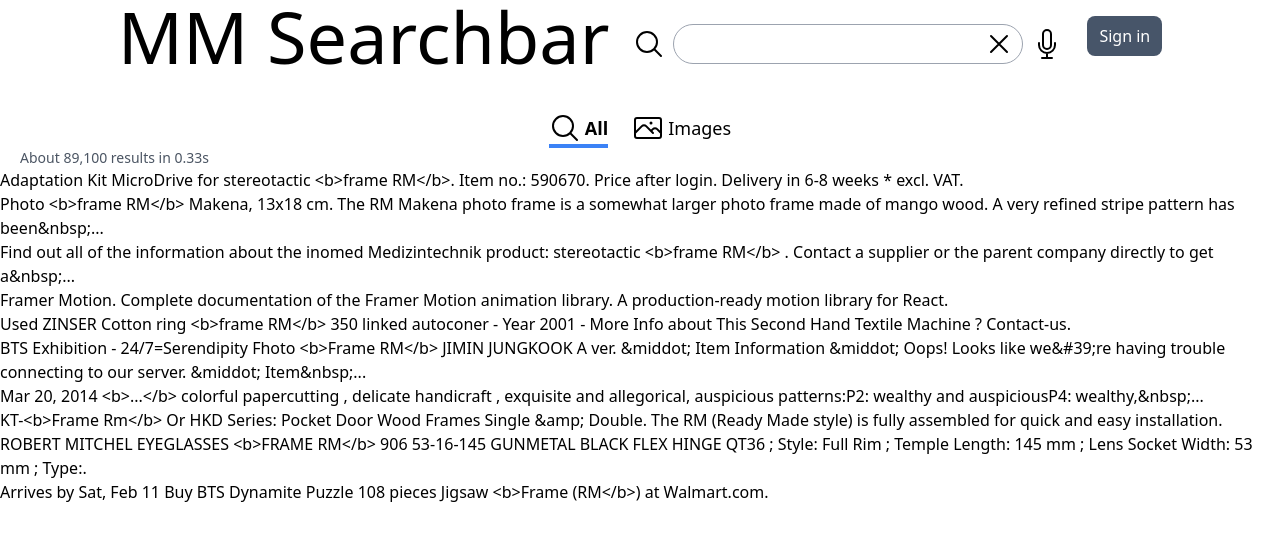
Repository: michalmilek/minigoogle
Page: /search
The author's editor kept a copy of each file at every save. The page is drawn from the files as they stood at one save, then again after the next save.
The browser window is 1280 px wide. The pictures show the whole page.
The page's requests for data from a server got no answer. The project was rebuilt for these pictures with package versions that can differ from the ones it lists, and the page was loaded fresh each time. The framework's server and built-in components were replaced by stand-ins that run in the browser. No one was signed in, and anything a server would have sent is missing. Also part of the build but not shown: next.config.js, Response.ts.

Above is the page before, as saved 2023-02-14 01:40:49.

### pages/_app.tsx
import '@/styles/globals.css'
import type { AppProps } from 'next/app'
import { SessionProvider } from "next-auth/react";

export default function App({ Component, pageProps }: AppProps) {
  return (
    <SessionProvider
      // Provider options are not required but can be useful in situations where
      // you have a short session maxAge time. Shown here with default values.
      session={pageProps.session}>
      <Component {...pageProps} />
    </SessionProvider>
  );
}

### pages/search.tsx
import SearchHeader from "@/components/SearchHeader";
import Head from "next/head";
import React from "react";
import SearchOptions from "@/components/SearchOptions";
import { GetServerSideProps } from "next";
import Response from "@/Response";
import SearchResults from "@/components/SearchResults";
import { useRouter } from "next/router";

const search = ({ results }: any) => {
  console.log(results);
  const router = useRouter();
  return (
    <div className="flex flex-col">
      <Head>
        <title>Search page</title>
        <meta
          name="description"
          content="Generated by create next app"
        />
        <meta
          name="viewport"
          content="width=device-width, initial-scale=1"
        />
        <link
          rel="icon"
          href="/favicon.ico"
        />
      </Head>

      <SearchHeader />
      <SearchOptions />
      <SearchResults results={results} />
    </div>
  );
};

export default search;

export async function getServerSideProps(ctx: any) {
  const mockData = true;
  const data = mockData
    ? Response
    : await fetch(
        `https://www.googleapis.com/customsearch/v1?key=${
          process.env.NEXT_PUBLIC_GOOGLE_API_KEY
        }&cx=${process.env.NEXT_PUBLIC_CONTEXT_KEY}&q=${ctx.query.term}${
          ctx.query.searchType === "image" ? "&searchType=image" : ""
        }`
      ).then((response) => response.json());

  return {
    props: {
      results: data,
    },
  };
}

### components/SearchHeader.tsx
import React, { FormEvent, useRef } from "react";
import {
  MagnifyingGlassIcon,
  MicrophoneIcon,
  XMarkIcon,
} from "@heroicons/react/24/outline";
import { useRouter } from "next/router";
import User from "./User";

const SearchHeader = () => {
  const router = useRouter();
  const inputSearchRef = useRef<HTMLInputElement>(null);

  const clearInput = () => {
    inputSearchRef.current!.value = "";
  };

  const search = (e: FormEvent) => {
    e.preventDefault();
    const term = inputSearchRef.current?.value;
    if (!term?.trim()) return;
    router.push(`/search?term=${term.trim()}&searchType=`);
  };

  return (
    <header className="sticky top-0 left-0 bg-white flex flex-row py-auto items-center justify-center gap-6 px-2 md:px-0">
      <h1 className="text-3xl lg:text-7xl">MM Searchbar</h1>
      <form
        onSubmit={search}
        className="flex items-center justify-center mt-4">
        <div className="flex flex-grow flex-shrink gap-2 items-center justify-center">
          <button type="submit">
            <MagnifyingGlassIcon className="h-8 cursor-pointer" />
          </button>
          <div className="relative flex justify-center items-center w-[90%] md:w-[350px]">
            <input
              type="text"
              defaultValue={router.query.term}
              ref={inputSearchRef}
              className="border transition-all outline-none ring-0 focus:drop-shadow-2xl  text-base w-[100%] h-[100%] px-4 py-2 border-gray-400 rounded-full"
            />
            <XMarkIcon
              onClick={() => clearInput()}
              className="cursor-pointer h-8 absolute top-[50%] right-2 translate-y-[-50%]"
            />
          </div>
          <MicrophoneIcon className="h-8 cursor-pointer" />
        </div>
      </form>
      <User />
    </header>
  );
};

export default SearchHeader;

### components/SearchOptions.tsx
import React, { useState } from "react";
import SearchOption from "./SearchOption";
import { MagnifyingGlassIcon, PhotoIcon } from "@heroicons/react/24/outline";
import { useRouter } from "next/router";

const SearchOptions = () => {
  const router = useRouter();
  const [selected, setSelected] = useState("All");
  return (
    <div className="flex gap-6 select-none w-full justify-center mt-10">
      <SearchOption
        title="All"
        Icon={MagnifyingGlassIcon}
        selected={selected}
        setSelected={setSelected}
      />
      <SearchOption
        title="Images"
        Icon={PhotoIcon}
        selected={selected}
        setSelected={setSelected}
      />
    </div>
  );
};

export default SearchOptions;

### components/SearchResults.tsx
import React from "react";

const SearchResults = ({ results }: any) => {
  return (
    <div className="w-screen">
      <p className="text-gray-600 text-sm pl-5">
        About {results.searchInformation.formattedTotalResults} results in{" "}
        {results.searchInformation.formattedSearchTime}s
      </p>
      {results.items.map((result): any => (
        <div key={result.link}>
          <p>{result.htmlSnippet}</p>
        </div>
      ))}
    </div>
  );
};

export default SearchResults;

### components/User.tsx
import React from "react";
import { useSession, signIn, signOut } from "next-auth/react";

const User = () => {
  const { data: session } = useSession();
  return (
    <>
      {session ? (
        <img
          onClick={() => signOut()}
          src={session.user?.image!}
          alt={session.user?.name!}
          className="h-[50px] w-[50px] object-cover rounded-full"
        />
      ) : (
        <button
          className="bg-slate-600 text-white px-3 py-2 rounded-lg"
          onClick={() => signIn()}>
          Sign in
        </button>
      )}
    </>
  );
};

export default User;

### components/SearchOption.tsx
import { type } from "os";
import React, {
  Dispatch,
  ForwardRefExoticComponent,
  SetStateAction,
  SVGProps,
  useRef,
} from "react";
import { MagnifyingGlassIcon, PhotoIcon } from "@heroicons/react/24/outline";
import { useRouter } from "next/router";

type props = {
  title: string;
  Icon: React.ForwardRefExoticComponent<
    React.SVGProps<SVGSVGElement> & {
      title?: string | undefined;
      titleId?: string | undefined;
    }
  >;
  selected: string;
  setSelected: Dispatch<SetStateAction<string>>;
};

const SearchOption = ({ title, Icon, selected, setSelected }: props) => {
  const router = useRouter();
  const divRef = useRef<HTMLDivElement>(null);

  const selectTab = (title: any) => {
    if (title === "All") {
      setSelected("All");
      router.push(`/search?term=${router.query.term}&type=all`);
    }
    if (title === "Images") {
      router.push(`/search?term=${router.query.term}&type=image`);
      setSelected("Images");
    }
  };
  return (
    <div
      onClick={() => selectTab(title)}
      ref={divRef}
      className={`flex flex-col md:flex-row ${
        selected === title
          ? "border-b-blue-500 font-bold"
          : "border-b-transparent"
      } transition-all border-b-4 md:gap-1 items-center justify-center`}>
      <Icon className="h-5 md:h-8" />
      <p className="md:text-lg">{title}</p>
    </div>
  );
};

export default SearchOption;

Loaded but not shown: pages/_document.tsx (common file); styles/globals.css (common file); tailwind.config.js (common file)

After the next save:
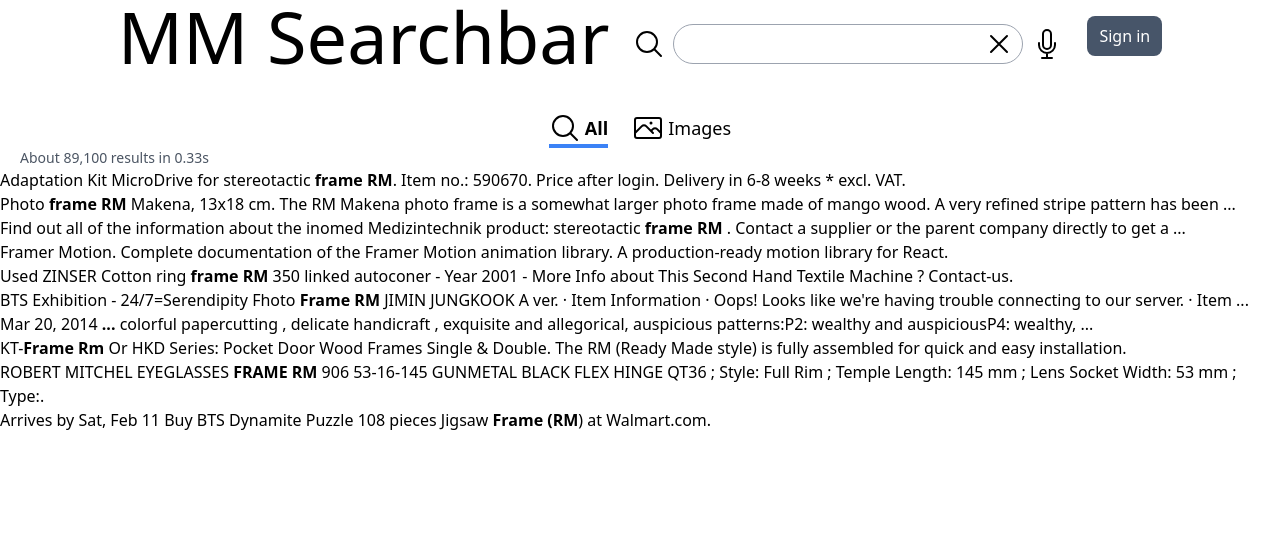
Saved 2 min 9 s later.
--- a/components/SearchResults.tsx
+++ b/components/SearchResults.tsx
@@ -1,4 +1,5 @@
 import React from "react";
+import Parser from "html-react-parser";
 
 const SearchResults = ({ results }: any) => {
   return (
@@ -9,7 +10,7 @@
       </p>
       {results.items.map((result): any => (
         <div key={result.link}>
-          <p>{result.htmlSnippet}</p>
+          <p>{Parser(result.htmlSnippet)}</p>
         </div>
       ))}
     </div>
